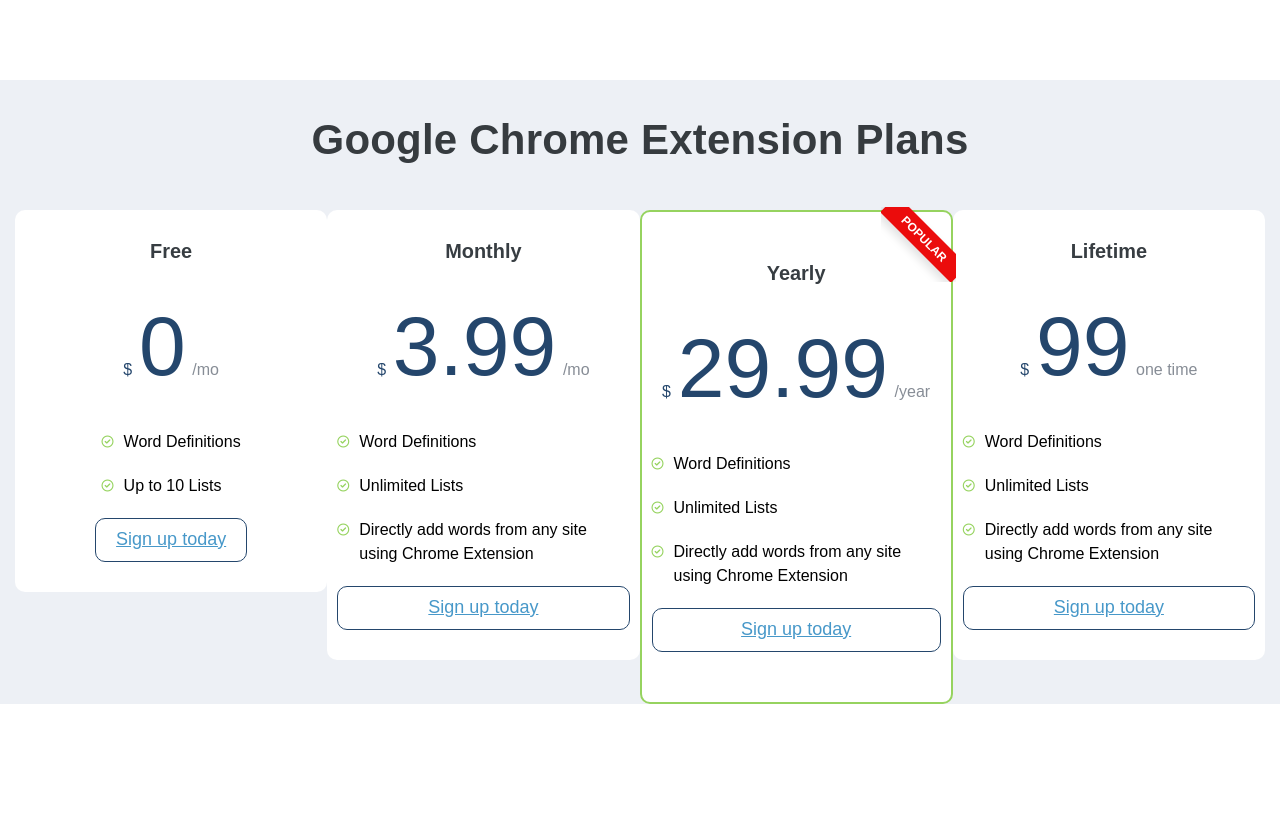
Repository: Novoselets28/chatos-test-task
Page: index.html
The author's editor kept a copy of each file at every save. The page is drawn from the files as they stood at one save, then again after the next save.
The browser window is 1280 px wide. The pictures show the whole page.

Above is the page before, as saved 2023-04-19 21:33:10.

After the next save:
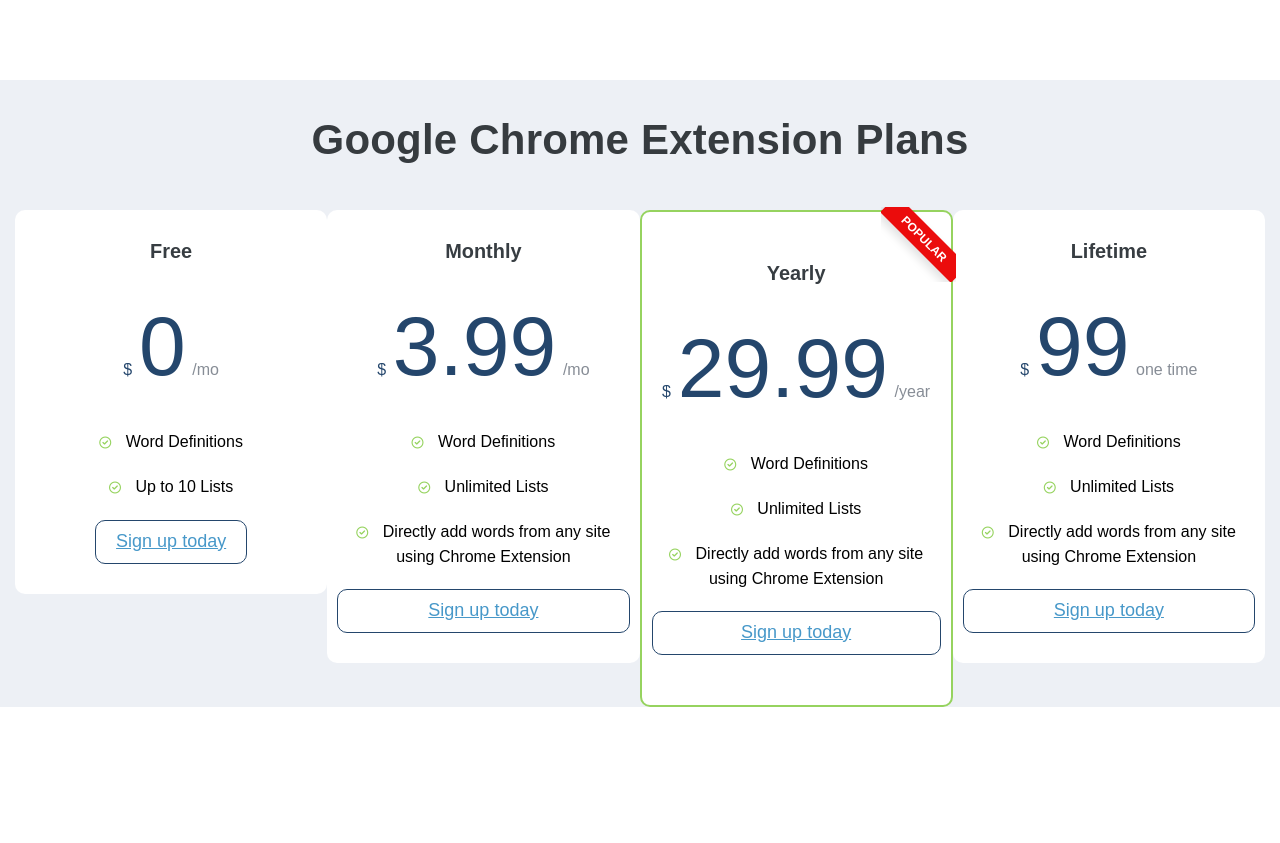
Saved 28 min 6 s later.
--- a/index.css
+++ b/index.css
@@ -159,8 +159,7 @@
 
 .point-list__item{
     list-style-type: none;
-    display: flex;
-    justify-content: flex-start;
+    text-align: center;
     width: 100%;
     padding: 10px 0;
 }
